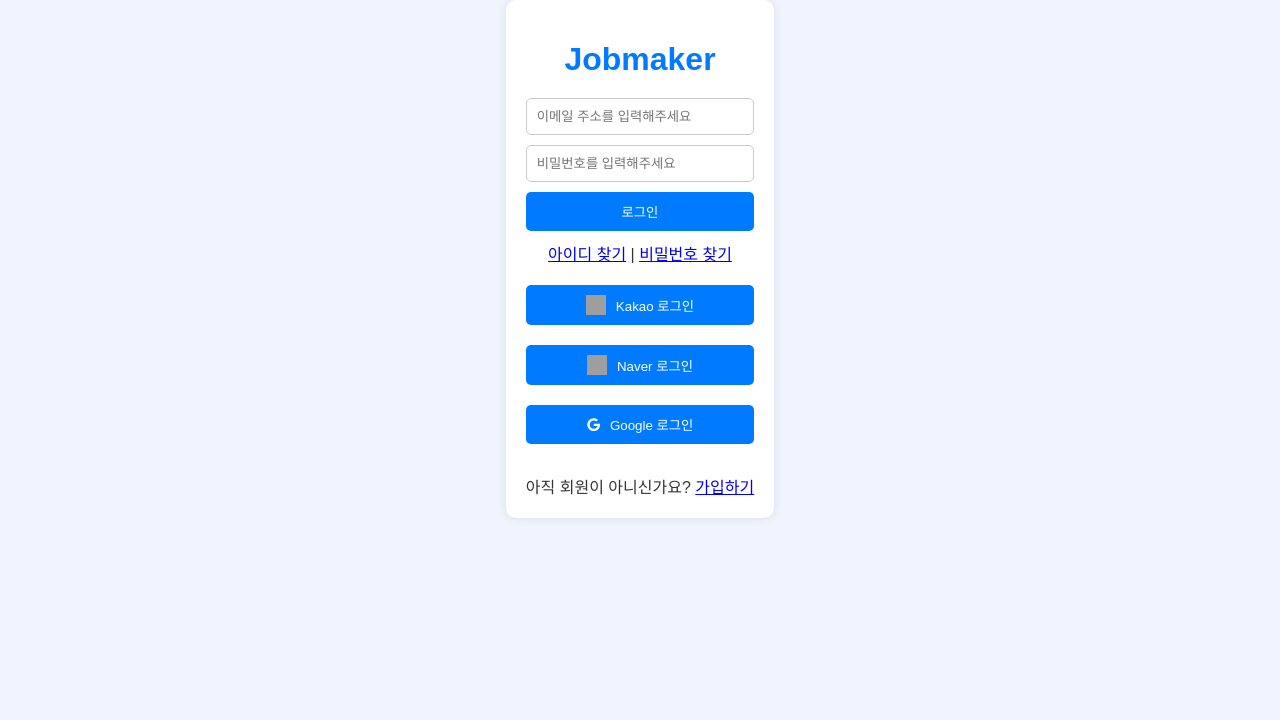
Repository: HSfac/jobmaker
Page: /login
An editor plug-in stored every save of this project. The page is shown before and after a run of saves, followed by the edit.
The browser window is 1280 px wide. The pictures show the whole page.
Pictures or frames that could not be fetched are drawn as grey boxes. The project was rebuilt for these pictures with package versions that can differ from the ones it lists, and the page was loaded fresh each time. Also part of the build but not shown: src/components/ToolCard.css, src/components/ToolCard.jsx, src/pages/MainPage.css, src/pages/MainPage.jsx, src/components/Header.css, src/components/Header.jsx, src/components/Footer.css, src/components/Footer.jsx and 13 more.

Above is the page before, as saved 2024-07-12 23:07:26.

### src/App.js
import React from 'react';
import { BrowserRouter as Router, Route, Routes } from 'react-router-dom';
import MainPage from './pages/MainPage';
import LandingPage from './pages/LandingPage';
import InfosPage from './pages/InfosPage';
import CommunityPage from './pages/CommunityPage';
import MyPage from './pages/MyPage';
import LoginPage from './pages/LoginPage';
import SignupPage from './pages/SignupPage';
import EmailSignupPage from './pages/EmailSignupPage';

import MainLayout from './layouts/MainLayout'; // 새로 생성한 레이아웃 컴포넌트
import './App.css';

function App() {
  return (
    <Router>
      <div className="App">
        <Routes>
          <Route path="/" element={<LandingPage />} />
          <Route path="/login" element={<LoginPage />} />
          <Route path="/signup" element={<SignupPage />} />
          <Route path="/email-signup" element={<EmailSignupPage />} />
          <Route element={<MainLayout />}>
            <Route path="/main" element={<MainPage />} />
            <Route path="/infos" element={<InfosPage />} />
            <Route path="/community" element={<CommunityPage />} />
            <Route path="/mypage" element={<MyPage />} />
          </Route>
        </Routes>
      </div>
    </Router>
  );
}

export default App;

### src/pages/LoginPage.jsx
import React, { useState } from 'react';
import SocialLoginButton from '../components/SocialLoginButton';
import './LoginPage.css';

const LoginPage = () => {
  const [email, setEmail] = useState('');
  const [password, setPassword] = useState('');

  const handleLogin = (e) => {
    e.preventDefault();
    // 로그인 로직 추가
  };

  return (
    <div className="login-page">
      <h1>Jobmaker</h1>
      <form onSubmit={handleLogin}>
        <input
          type="email"
          placeholder="이메일 주소를 입력해주세요"
          value={email}
          onChange={(e) => setEmail(e.target.value)}
        />
        <input
          type="password"
          placeholder="비밀번호를 입력해주세요"
          value={password}
          onChange={(e) => setPassword(e.target.value)}
        />
        <button type="submit">로그인</button>
      </form>
      <div className="links">
        <a href="/find-id">아이디 찾기</a> | <a href="/find-password">비밀번호 찾기</a>
      </div>
      <div className="social-login">
        <SocialLoginButton provider="kakao" />
        <SocialLoginButton provider="naver" />
        <SocialLoginButton provider="google" />
      </div>
      <div className="signup-link">
        아직 회원이 아니신가요? <a href="/signup">가입하기</a>
      </div>
    </div>
  );
};

export default LoginPage;

### src/App.css
.App {
  font-family: sans-serif;
  text-align: center;
  height: 100vh;
  display: flex;
  flex-direction: column;
}

.main-content {
  display: flex;
  flex: 1;
}

.page-content {
  flex: 1;
  padding: 20px;
  margin-left: 250px; /* 사이드바의 넓이만큼 왼쪽 여백을 설정 */
  transition: margin-left 0.3s;
}

.sidebar.closed + .page-content {
  margin-left: 80px; /* 사이드바가 닫혔을 때 여백 설정 */
}

### src/pages/LandingPage.css
/* LandingPage.css */

@font-face {
  font-family: 'Pretendard';
  src: url('../assets/fonts/Pretendard-Regular.ttf') format('truetype');
  font-weight: 400;
}

@font-face {
  font-family: 'Pretendard';
  src: url('../assets/fonts/Pretendard-SemiBold.ttf') format('truetype');
  font-weight: 600;
}
:root {
  --bg-color: #f0f4ff;
  --text-color: #333;
  --primary-color: #3a73e1;
  --secondary-color: #fff;
  --question-bg-color: #4a90e2;
}

[data-theme="dark"] {
  --bg-color: #121212;
  --text-color: #e0e0e0;
  --primary-color: #bb86fc;
  --secondary-color: #333;
  --question-bg-color: #3700b3;
}

body {
  background-color: var(--bg-color);
  color: var(--text-color);
  margin: 0;
  padding: 0;
  font-family: 'Pretendard', sans-serif;
}

.landing-page {
  display: flex;
  flex-direction: column;
  min-height: 100vh;
}

.main-content {
  flex: 1;
  display: flex;
  flex-direction: column;
  align-items: center;
  background-color: var(--primary-color);
  color: var(--secondary-color);
}

.hero {
  display: flex;
  justify-content: space-between;
  align-items: center;
  max-width: 1200px;
  width: 100%;
  padding: 50px;
}


.hero-text h1 {
  font-size: 4em; /* Increased font size */
  font-family: 'Pretendard', sans-serif;
  font-weight: 600; /* SemiBold */
  margin-bottom: 20px;
}

.hero-text p {
  font-family: 'Pretendard', sans-serif;
  font-weight: 400; /* Regular */
}

.hero-text button.primary {
  background-color: var(--secondary-color);
  color: var(--primary-color);
  padding: 10px 20px;
  border: none;
  border-radius: 5px;
  font-size: 1.2em;
  cursor: pointer;
  transition: border-color 0.3s;
}

.hero-text button.primary:hover {
  border: 2px solid var(--primary-color);
}

.hero-images {
  flex: 1;
  display: flex;
  justify-content: center;
  align-items: center;


}

.hero-images img {
  max-width: 100%;
  height: auto;

}

.second-section {
  width: 100%;
  font-size: 1.5em;
  padding: 50px 20px;
  background-color: var(--bg-color);
  color: var(--text-color);
  text-align: center;
  position: relative;
  overflow: hidden;
  font-weight: 700; /* SemiBold */
}

.second-section h2 {
  color: var(--primary-color);
  font-size: 1.5em;
  font-weight: 700; /* SemiBold */
}

.sliding-images {
  display: flex;
  flex-direction: column;
  align-items: center;
  justify-content: center;
  height: 280px; /* Adjust as needed */
  position: relative;
}

.sliding-images img {
  width: 300%; /* Make the images smaller */
  position: absolute;
  animation-duration: 30s; /* Slow down the animation */
  animation-timing-function: linear;
  animation-iteration-count: infinite;
}

.sliding-images img:nth-child(1) {
  top: 0;
  left: -100%;
  animation-name: slide-in-left;
}

.sliding-images img:nth-child(2) {
  top: 50%;
  left: 100%;
  animation-name: slide-in-right;
}

@keyframes slide-in-left {
  0%, 100% {
    left: -100%;
  }
  50% {
    left: 100%;
  }
}

@keyframes slide-in-right {
  0%, 100% {
    left: 100%;
  }
  50% {
    left: -100%;
  }
}

.generators {
  display: flex;
  justify-content: space-around;
  flex-wrap: wrap;
}

.generator-card {
  background-color: var(--secondary-color);
  color: var(--primary-color);
  border-radius: 10px;
  padding: 20px;
  margin: 10px;
  width: 200px;
  cursor: pointer;
  transition: transform 0.2s;
}

.generator-card:hover {
  transform: scale(1.05);
}

.generator-card h3 {
  margin-top: 0;
}

.generator-card p {
  margin: 10px 0 0;
  font-size: 20px;
}

/* 기존 CSS 생략 */

.third-section {

  width: 100%;
  padding: 10px 20px;
  background-color: var(--bg-color);
  color: var(--text-color);
  text-align: center;

}

.third-section h2 {
  font-size: 2.2em;
  color: var(--primary-color);
  font-weight: 700; /* SemiBold */
}

.third-section h3 {
  font-size: 1em;
  font-weight: 600; /* SemiBold */
}

.example-container {
  display: flex;
  flex-wrap: wrap;
  justify-content: center;
  gap: 20px;
  margin-top: 20px;
  flex-direction: column; /* 세로로 배치 */
}

.example-image.left {
  align-self: flex-start;
  margin: 0 50px; /* 이미지 양옆 여백 설정 */
  animation: slide-left 5s infinite;
}

.example-image.center1 {
  align-self: center;
  margin: 0 50px; /* 이미지 양옆 여백 설정 */
}

.example-image.right {
  align-self: flex-end;
  margin: 0 50px; /* 이미지 양옆 여백 설정 */
  animation: slide-right 5s infinite;
}

.example-image.center2 {
  align-self: center;
  margin: 0 50px; /* 이미지 양옆 여백 설정 */
}

@keyframes slide-left {
  0% {
    transform: translateX(0);
  }
  50% {
    transform: translateX(-20px); /* 원하는 슬라이드 거리 설정 */
  }
  100% {
    transform: translateX(0);
  }
}

@keyframes slide-right {
  0% {
    transform: translateX(0);
  }
  50% {
    transform: translateX(20px); /* 원하는 슬라이드 거리 설정 */
  }
  100% {
    transform: translateX(0);
  }
}

/* 기존 CSS 생략 */




.fourth-section {
  width: 100%;
  padding: 50px 20px;
  background-color: var(--bg-color);
  color: var(--text-color);
  text-align: center;
}

.fourth-section h2 {
  font-size: 2.2em;
  color: var(--primary-color);
  font-weight: 700; /* SemiBold */
  margin-bottom: 10px;
}

.fourth-section h3 {
  font-size: 26px;
  font-weight: 700; /* SemiBold */
  margin-bottom: 30px;
}

.sliding-tags {
  overflow: hidden;
  white-space: nowrap;
  box-sizing: border-box;
}

.tags-wrapper {
  display: inline-block;
  animation: slide 45s linear infinite;

}

.tag {
  font-size: 20px;
  display: inline-block;
  background-color: var(--primary-color);
  color: var(--secondary-color);
  padding: 20px 40px;
  margin: 0 10px;
  border-radius: 500px;
  font-weight: 600; /* SemiBold */
}

@keyframes slide {
  0% {
    transform: translateX(100%);
  }
  100% {
    transform: translateX(-100%);
  }
}

.fifth-section {
  width: 100%;
  padding: 50px 20px;
  background-color: var(--bg-color);
  color: var(--text-color);
  text-align: center;
}

.fifth-section h2 {
  margin-top: 70px;
  font-size: 2.2em;
  color: var(--primary-color);
  font-weight: 700; /* SemiBold */
}

.fifth-section h3 {
  font-size: 26px;
  font-weight: 700; /* SemiBold */
  margin-top: 10px;
  margin-bottom: 30px;
}

.pricing-plans {
  display: flex;
  justify-content: center;
  gap: 25px;
  flex-wrap: wrap;
  margin-bottom: 200px;
}

.plan {
  background-color: var(--secondary-color);
  color: var(--primary-color);
  border-radius: 10px;
  padding: 20px;
  margin: 10px;
  width: 250px;
  text-align: center;
}

.plan h3 {
  margin-top: 0;
}

.plan p {
  font-size: 20px;
  font-weight: 700; /* SemiBold */
}

.plan ul {
  list-style: none;
  padding: 0;
}

.plan ul li {
  margin: 10px 0;
}

.plan button.primary {
  background-color: var(--secondary-color);
  color: var(--primary-color);
  padding: 10px 20px;
  border: 2px solid var(--primary-color);
  border-radius: 5px;
  font-size: 1.2em;
  cursor: pointer;
  transition: background-color 0.3s, color 0.3s;
}

.plan button.primary:hover {
  background-color: var(--primary-color);
  color: var(--secondary-color);
}

.footer {
  background-color: var(--primary-color);
  color: var(--secondary-color);
  padding: 20px;
  text-align: center;
  position: relative;
  bottom: 0;
  width: 100%;
  margin-top: auto;
}

### src/components/SocialLoginButton.jsx
import React from 'react';
import { FaGoogle } from 'react-icons/fa';
import './SocialLoginButton.css';

const SocialLoginButton = ({ provider }) => {
  const getProviderIcon = (provider) => {
    switch (provider) {
      case 'google':
        return <FaGoogle />;
      case 'kakao':
        return <img src="/path/to/kakao-icon.png" alt="Kakao" className="custom-icon" />;
      case 'naver':
        return <img src="/path/to/naver-icon.png" alt="Naver" className="custom-icon" />;
      default:
        return null;
    }
  };

  const getProviderName = (provider) => {
    switch (provider) {
      case 'google':
        return 'Google';
      case 'kakao':
        return 'Kakao';
      case 'naver':
        return 'Naver';
      default:
        return '';
    }
  };

  return (
    <button className="social-login-button">
      {getProviderIcon(provider)}
      <span>{getProviderName(provider)} 로그인</span>
    </button>
  );
};

export default SocialLoginButton;

### src/pages/LoginPage.css
.login-page {
  max-width: 400px;
  margin: 0 auto;
  margin-top: ;
  padding: 20px;
  background-color: white;
  border-radius: 10px;
  box-shadow: 0 0 10px rgba(0, 0, 0, 0.1);
}

.login-page h1 {
  margin-bottom: 20px;
  color: #007bff;
}

.login-page form {
  display: flex;
  flex-direction: column;
}

.login-page input {
  margin-bottom: 10px;
  padding: 10px;
  border: 1px solid #ccc;
  border-radius: 5px;
}

.login-page button {
  padding: 10px;
  background-color: #007bff;
  color: white;
  border: none;
  border-radius: 5px;
  cursor: pointer;
}

.login-page .links {
  margin: 10px 0;
}

.login-page .social-login {
  display: flex;
  flex-direction: column;
}

.login-page .signup-link {
  margin-top: 20px;
}

### src/components/SocialLoginButton.css
.social-login-button {
  display: flex;
  align-items: center;
  justify-content: center;
  width: 100%;
  padding: 10px;
  margin: 10px 0;
  background-color: white;
  border: 1px solid #ccc;
  border-radius: 5px;
  cursor: pointer;
  transition: background-color 0.3s;
}

.social-login-button:hover {
  background-color: #f0f0f0;
}

.social-login-button span {
  margin-left: 10px;
}

.custom-icon {
  width: 20px;
  height: 20px;
}

Loaded but not shown: public/index.html (common file); src/index.js (common file); src/index.css (common file); src/reportWebVitals.js (common file)

After the next 2 saves:
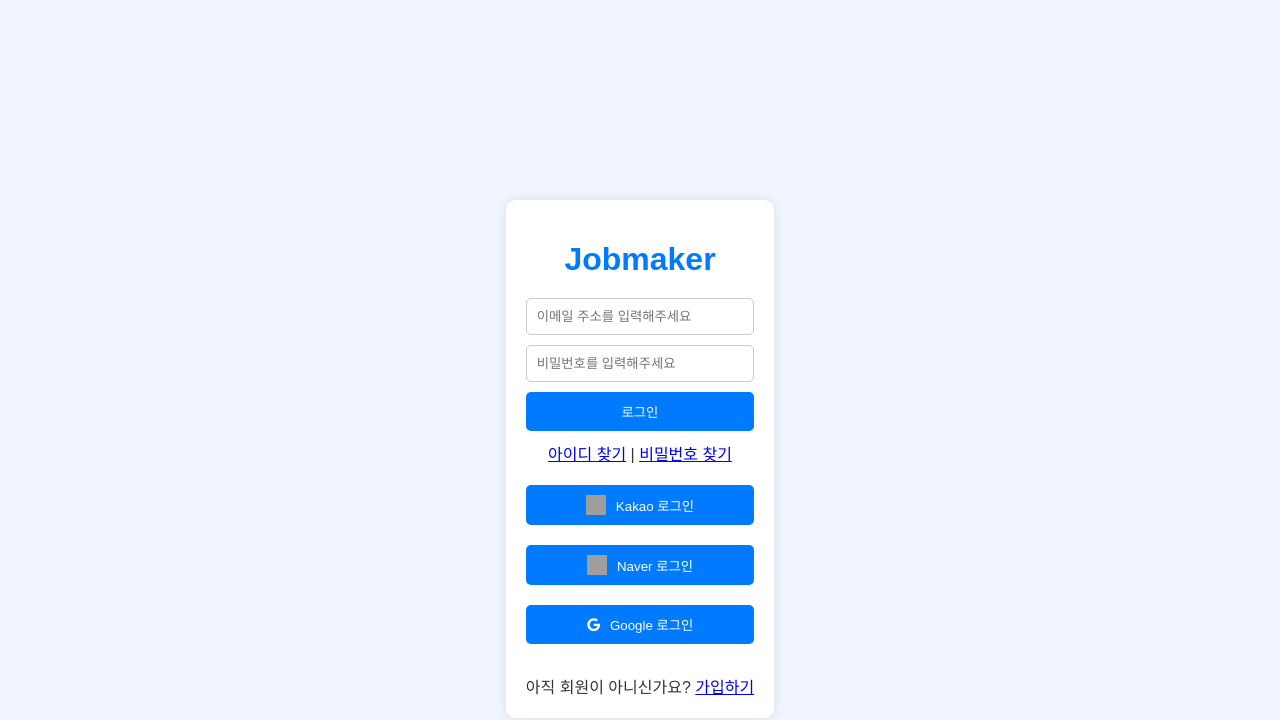
The 2 saves are shown as one change because they came seconds apart.
The last was saved 6 s later.
--- a/src/pages/LoginPage.css
+++ b/src/pages/LoginPage.css
@@ -1,7 +1,7 @@
 .login-page {
   max-width: 400px;
   margin: 0 auto;
-  margin-top: ;
+  margin-top: 200px;
   padding: 20px;
   background-color: white;
   border-radius: 10px;
